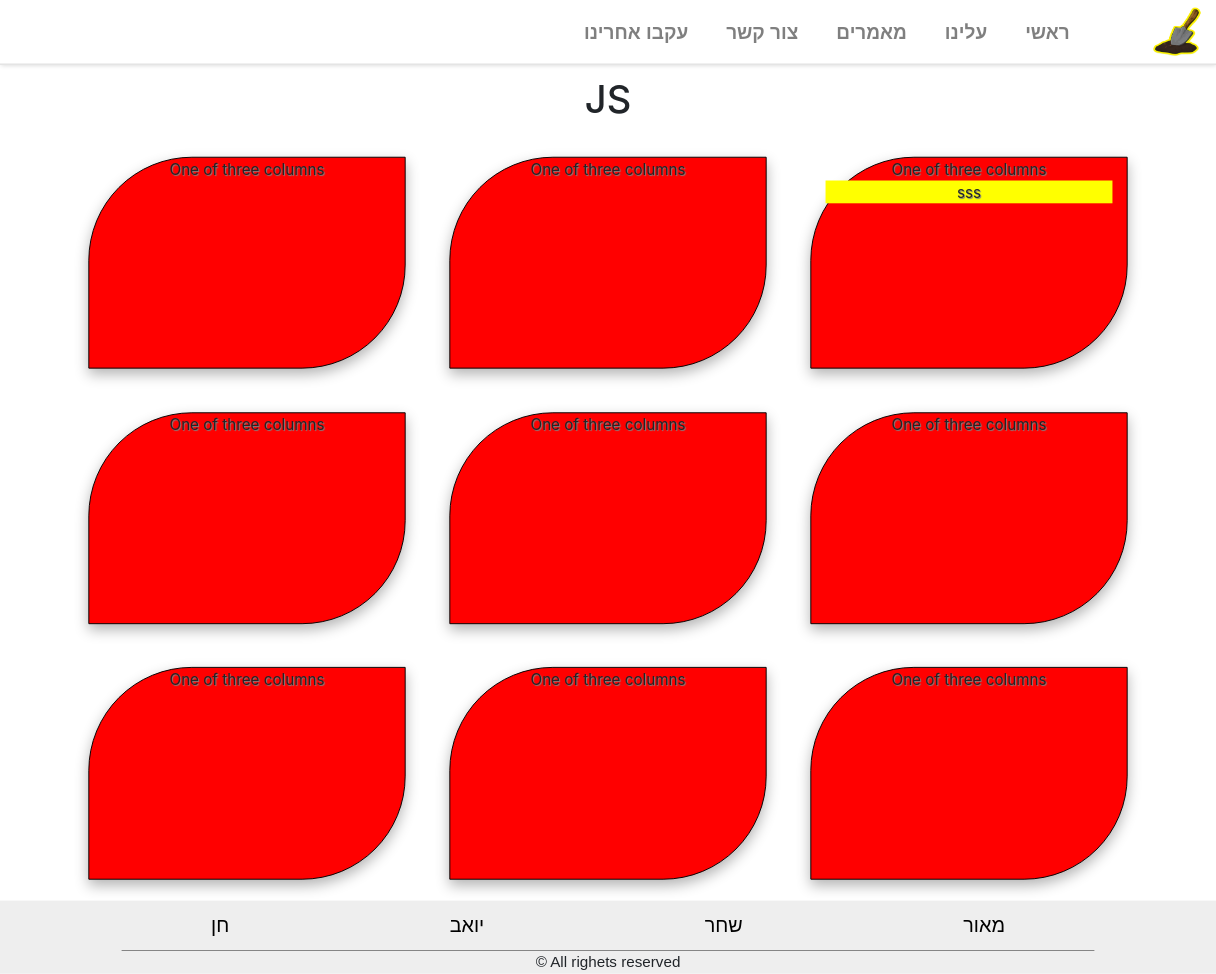
Repository: yoavBenZion/Blog-Zubi
Page: articlesPage.html
An editor plug-in stored every save of this project. The page is shown before and after the next save, followed by the edit.
The browser window is 1280 px wide. The pictures show the whole page, at 95% of full size.
Some web fonts or font styles are not loaded; a fallback is used. Some web libraries are served in a nearby version.

Above is the page before, as saved 2017-10-26 14:03:57.

### articlesPage.html
<!DOCTYPE html>
<html lang="he">

<head>
    <meta charset="UTF-8">
    <meta name="viewport" content="width=device-width, initial-scale=1,user-scalable=no;">
    <title>החופרים</title>
    <link rel="stylesheet" href="https://maxcdn.bootstrapcdn.com/bootstrap/4.0.0-beta/css/bootstrap.min.css" integrity="sha384-/Y6pD6FV/Vv2HJnA6t+vslU6fwYXjCFtcEpHbNJ0lyAFsXTsjBbfaDjzALeQsN6M"
        crossorigin="anonymous">
    <link rel="stylesheet" href="https://maxcdn.bootstrapcdn.com/bootstrap/4.0.0-beta.2/css/bootstrap.min.css" integrity="sha384-PsH8R72JQ3SOdhVi3uxftmaW6Vc51MKb0q5P2rRUpPvrszuE4W1povHYgTpBfshb"
        crossorigin="anonymous">

    <script src="https://code.jquery.com/jquery-3.2.1.slim.min.js" integrity="sha384-KJ3o2DKtIkvYIK3UENzmM7KCkRr/rE9/Qpg6aAZGJwFDMVNA/GpGFF93hXpG5KkN"
        crossorigin="anonymous"></script>
    <script src="https://cdnjs.cloudflare.com/ajax/libs/popper.js/1.12.3/umd/popper.min.js" integrity="sha384-vFJXuSJphROIrBnz7yo7oB41mKfc8JzQZiCq4NCceLEaO4IHwicKwpJf9c9IpFgh"
        crossorigin="anonymous"></script>
    <script src="https://maxcdn.bootstrapcdn.com/bootstrap/4.0.0-beta.2/js/bootstrap.min.js" integrity="sha384-alpBpkh1PFOepccYVYDB4do5UnbKysX5WZXm3XxPqe5iKTfUKjNkCk9SaVuEZflJ"
        crossorigin="anonymous"></script>
    <link rel="stylesheet" href="css/Gridrispon.css" type="text/css">
    <link rel="stylesheet" href="css/header.css" type="text/css">
    <link rel="stylesheet" href="css/PopupRispon.css">
    <link rel="stylesheet" href="css/footer.css">
    <link rel="stylesheet" type="text/css" href="css/articlesPage.css">



</head>

<body dir="rtl">
    <header>

        <nav class="navbar navbar-expand-sm navbar-light bg-faded">
            <button class="navbar-toggler" type="button" data-toggle="collapse" data-target="#nav-content" aria-controls="nav-content"
                aria-expanded="false" aria-label="Toggle navigation">
                <span class="navbar-toggler-icon"></span>
            </button>
            <div class="logo">
                <img src="./img/shovel-575661_1280.png">
            </div>
            <!-- Brand -->
            <a class="navbar-brand" href="#"> </a>

            <!-- Links -->
            <div class="collapse navbar-collapse" id="nav-content">
                <ul class="navbar-nav">
                    <li class="nav-item">
                        <a class="nav-link" href="#1">ראשי</a>
                    </li>
                    <li class="nav-item">
                        <a class="nav-link" href="#2">עלינו</a>
                    </li>
                    <li class="nav-item">
                        <a class="nav-link" href="#5">מאמרים</a>
                    </li>
                    <li class="nav-item">
                        <a class="nav-link" href="contact.html">צור קשר</a>
                    </li>
                    <li class="nav-item">
                        <a class="nav-link" href="subscribe.html">עקבו אחרינו</a>
                    </li>

                </ul>

            </div>

        </nav>

    </header>

    <h1 class="header1">JS</h1>
    <div class="container">
        <div class="row">
            <div class="col">
                One of three columns
                <div class="undercol">sss</div>

            </div>
            <div class="col">
                One of three columns
            </div>
            <div class="col">
                One of three columns
            </div>
        </div>
        <div class="row">
            <div class="col">
                One of three columns
            </div>
            <div class="col">
                One of three columns
            </div>
            <div class="col">
                One of three columns
            </div>
        </div>
        <div class="row">
            <div class="col">
                One of three columns
            </div>
            <div class="col">
                One of three columns
            </div>
            <div class="col">
                One of three columns
            </div>
        </div>
    </div>
    </div>
    <footer id="footer">
        <ul>
            <li class="box">
                <a class="button" href="#popup3">
                    מאור
                </a>
            </li>
            <li class="box">
                <a class="button" href="#popup2">
                    שחר
                </a>
            </li>
            <li class="box">
                <a class="button" href="#popup1">
                    יואב
                </a>
            </li>
            <li>
                <a class="button" href="#popup4">
                    חן
                </a>
            </li>
        </ul>
        </div>
        <!--yoav popup-->
        <div id="popup1" class="overlay">
            <div class="popup">
                <h2>Yoav Benzion</h2>
                <a class="close" href="#footer">&times;</a>
                <div class="content">
                    <div class="footer-social-icons">
                        <img class="avatar" src="img/yoav.jfif">
                        <p>front end web developer</p>
                        <h4 class="_14">Follow me on:</h4>
                        <ul class="social-icons">
                            <li>
                                <a href="https://www.facebook.com/yoav.benzion.5" target="_blank" class="social-icon">
                                    <i class="fa fa-facebook"></i>
                                </a>
                            </li>
                            <li>
                                <a href="https://twitter.com/Yoav_BenZion" target="_blank" class="social-icon">
                                    <i class="fa fa-twitter"></i>
                                </a>
                            </li>
                            <li>
                                <a href="https://github.com/yoavBenZion" target="_blank" class="social-icon">
                                    <i class="fa fa-github"></i>
                                </a>
                            </li>
                            <li>
                                <a href="https://codepen.io/yoavBZ/" target="_blank" class="social-icon">
                                    <i class="fa fa-codepen"></i>
                                </a>
                            </li>
                            <li>
                                <a href="https://www.linkedin.com/in/yoav-benzion-45818360/" target="_blank" class="social-icon">
                                    <i class="fa fa-linkedin"></i>
                                </a>
                            </li>
                            <li>
                                <a href="https://stackoverflow.com/users/8386160/yoav-b" target="_blank" class="social-icon">
                                    <i class="fa fa-stack-overflow"></i>
                                </a>
                            </li>
                        </ul>
                    </div>
                </div>
            </div>
        </div>
        <!--Shachar popup-->
        <div id="popup2" class="overlay">
            <div class="popup">
                <h2>Shachar</h2>
                <a class="close" href="#footer">&times;</a>
                <div class="content">
                    <div class="footer-social-icons">
                        <img class="avatar" src="img/kid.jpg">
                        <p>front end web developer</p>
                        <h4 class="_14">Follow me on:</h4>
                        <ul class="social-icons">
                            <li>
                                <a href="" class="social-icon">
                                    <i class="fa fa-facebook"></i>
                                </a>
                            </li>
                            <li>
                                <a href="" class="social-icon">
                                    <i class="fa fa-twitter"></i>
                                </a>
                            </li>
                            <li>
                                <a href="" class="social-icon">
                                    <i class="fa fa-github"></i>
                                </a>
                            </li>
                            <li>
                                <a href="" class="social-icon">
                                    <i class="fa fa-codepen"></i>
                                </a>
                            </li>
                            <li>
                                <a href="" class="social-icon">
                                    <i class="fa fa-linkedin"></i>
                                </a>
                            </li>
                            <li>
                                <a href="" class="social-icon">
                                    <i class="fa fa-stack-overflow"></i>
                                </a>
                            </li>
                        </ul>
                    </div>
                </div>
            </div>
        </div>

        <!--Maor popup-->

        <div id="popup3" class="overlay">
            <div class="popup">
                <h2>Maor</h2>
                <a class="close" href="#footer">&times;</a>
                <div class="content">
                    <div class="footer-social-icons">
                        <img class="avatar" src="img/mona.jpg">
                        <p>front end web developer</p>
                        <h4 class="_14">Follow me on:</h4>
                        <ul class="social-icons">
                            <li>
                                <a href="" class="social-icon">
                                    <i class="fa fa-facebook"></i>
                                </a>
                            </li>
                            <li>
                                <a href="" class="social-icon">
                                    <i class="fa fa-twitter"></i>
                                </a>
                            </li>
                            <li>
                                <a href="" class="social-icon">
                                    <i class="fa fa-github"></i>
                                </a>
                            </li>
                            <li>
                                <a href="" class="social-icon">
                                    <i class="fa fa-codepen"></i>
                                </a>
                            </li>
                            <li>
                                <a href="" class="social-icon">
                                    <i class="fa fa-linkedin"></i>
                                </a>
                            </li>
                            <li>
                                <a href="" class="social-icon">
                                    <i class="fa fa-stack-overflow"></i>
                                </a>
                            </li>
                        </ul>
                    </div>
                </div>
            </div>
        </div>

        <!--Chen popup-->
        <div id="popup4" class="overlay">
            <div class="popup">
                <h2>Chen Ginsberg</h2>
                <a class="close" href="#footer">&times;</a>
                <div class="content">
                    <!--          <div class="footer-social-icons">-->
                    <img class="avatar" src="img/MINER.jpg">
                    <p>front end web developer</p>
                    <h4 class="_14">Follow me on:</h4>
                    <ul class="social-icons">
                        <li>
                            <a href="https://www.facebook.com/chenogi" class="social-icon">
                                <i class="fa fa-facebook"></i>
                            </a>
                        </li>
                        <li>
                            <a href="https://github.com/ChenGinsberg?" class="social-icon">
                                <i class="fa fa-github"></i>
                            </a>
                        </li>
                        <li>
                            <a href="https://www.linkedin.com/in/chen-ginsberg-8829a713b/" class="social-icon">
                                <i class="fa fa-linkedin"></i>
                            </a>
                        </li>
                        <li>
                            <a href="https://stackoverflow.com/users/8377318/chen-ginsberg" class="social-icon">
                                <i class="fa fa-stack-overflow"></i>
                            </a>
                        </li>
                    </ul>
                </div>
            </div>
        </div>



        <div class="footer-bottem" dir="ltr">&copy; All righets reserved </div>
    </footer>
    <script src="https://code.jquery.com/jquery-3.2.1.slim.min.js" integrity="sha384-KJ3o2DKtIkvYIK3UENzmM7KCkRr/rE9/Qpg6aAZGJwFDMVNA/GpGFF93hXpG5KkN"
        crossorigin="anonymous"></script>
    <script src="https://cdnjs.cloudflare.com/ajax/libs/popper.js/1.11.0/umd/popper.min.js" integrity="sha384-b/U6ypiBEHpOf/4+1nzFpr53nxSS+GLCkfwBdFNTxtclqqenISfwAzpKaMNFNmj4"
        crossorigin="anonymous"></script>
    <script src="https://maxcdn.bootstrapcdn.com/bootstrap/4.0.0-beta/js/bootstrap.min.js" integrity="sha384-h0AbiXch4ZDo7tp9hKZ4TsHbi047NrKGLO3SEJAg45jXxnGIfYzk4Si90RDIqNm1"
        crossorigin="anonymous"></script>
</body>

</html>

### css/footer.css
@import url(http://fonts.googleapis.com/earlyaccess/alefhebrew.css);
footer {
  background-color: #eee;
  text-align: center;
  font-family: "Alef Hebrew", sans-serif;
  font-size: 1.3rem;
}

footer ul {
  display: flex;
  flex-direction: row;
  padding-right: 0;
  justify-content: space-evenly;
}

footer ul>li {
  list-style: none;
  padding: 10px;
  /*  background-color: #29C3FF;*/
}

footer ul>li:nth-child(odd) {
  color: #93A2A8;
}

footer ul>li:nth-child(even) {
  color: #E2DDE7;
}

footer ul>li:hover {
  background-color: #fff;
  /*  flex: 1;*/
  /*  font-size: 1.5rem;*/
  color: #E2DD11;
  /*  background-repeat: no-repeat;*/
}


/*
footer ul {
  display: grid;
  grid-template-columns: repeat(4, 1fr);
  grid-auto-rows:minmax(50px, auto);
  margin-right: -40px;
 grid-gap: 0.5em;
}
*/

.about,
.footer-bottem {
  text-align: center;
  width: 80%;
  margin: 0 auto;
}

.about {
  border-bottom: 1px dotted black;
}

.footer-bottem {
  border-top: 0.5px solid grey;
  font-size: 1rem;
}

### css/articlesPage.css
.header1 {
    text-align: center;
}


/* Grid */

.col {
    background-color: red;
    margin: 2%;
    height: 31vh;
    border: 1px solid black;
    text-align: center;
    text-shadow: 1px 1px 1px grey;
    box-shadow: 0 6px 15px 0 rgba(0, 1, 1, 0.3);
    border-radius: 109px 0px;
}

.undercol {
    background-color: yellow;
}

Loaded but not shown: css/PopupRispon.css (986 lines, source omitted); css/Gridrispon.css (977 lines, source omitted); css/header.css (no stored copy; drawn as an empty file)

After the next save:
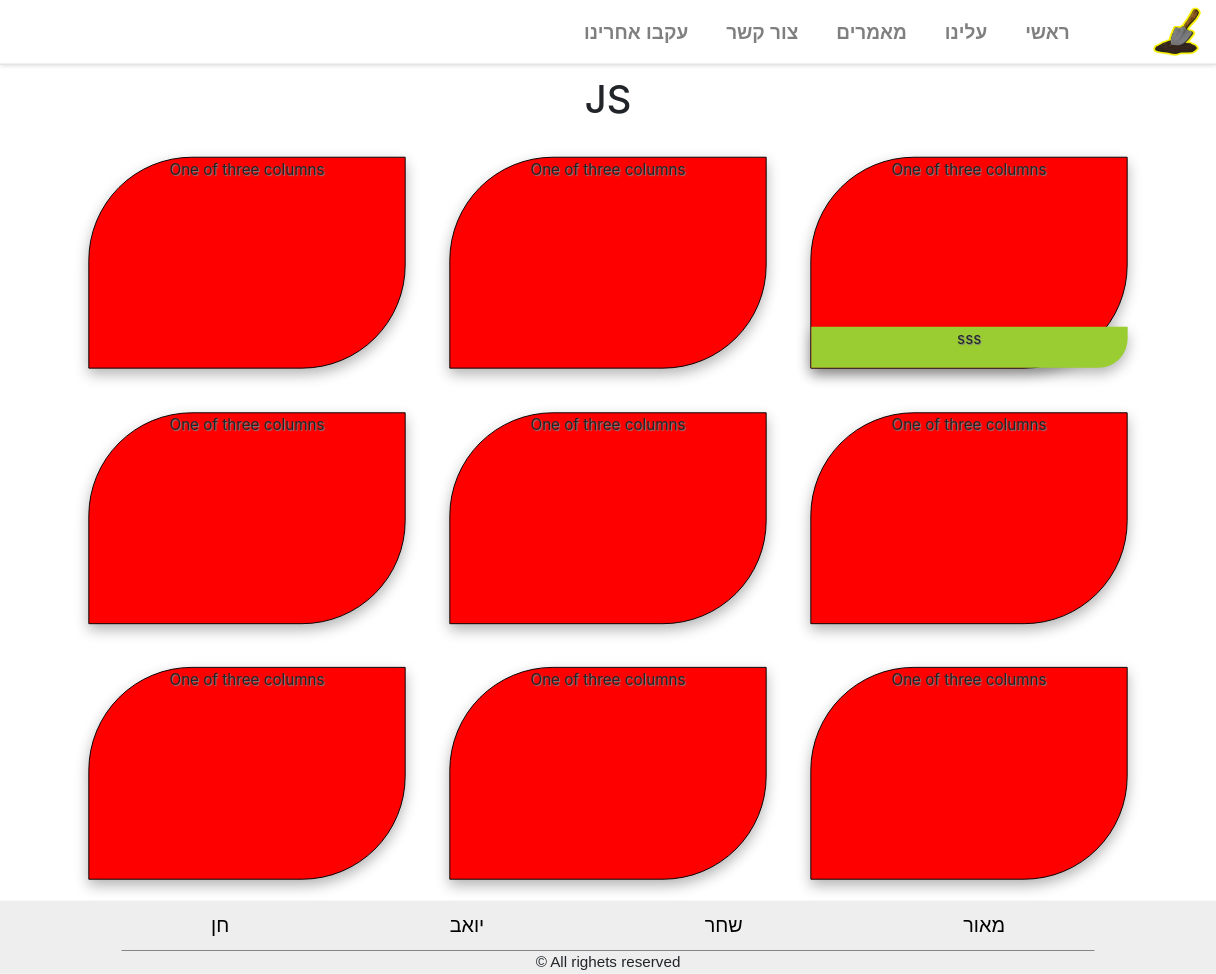
Saved 16 min 40 s later.
--- a/css/articlesPage.css
+++ b/css/articlesPage.css
@@ -17,5 +17,14 @@
 }
 
 .undercol {
-    background-color: yellow;
+    background-color: yellowgreen;
+    position: absolute;
+    display: inline-block;
+    height: 19.3%;
+    width: 100.1%;
+    bottom: 0;
+    left: 0;
+    border-radius: 0px 0px 30.6px 0px;
+    /* border: 1px solid; */
+    box-shadow: 0 6px 15px 0 rgba(0, 1, 1, 0.3);
 }
